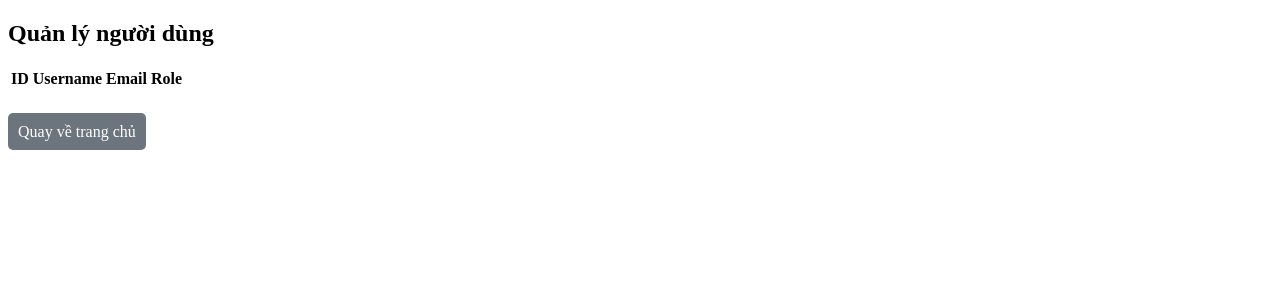
Repository: TuanAnhNguyen723/DanhGiaKIemDinh
Page: http://localhost/phpmailer/quanly.php
These files come from the project's save history. The page is drawn as it stood at one moment and after the next save; the edit follows.
The browser window is 1280 px wide. The pictures show the whole page.
The page is run by PHP 8.4 with error messages shown; the project is at /var/www/html/. Queries for data that is not in the repository find no rows.

Above is the page before, as saved 2024-05-24 10:40:24.

After the next save:
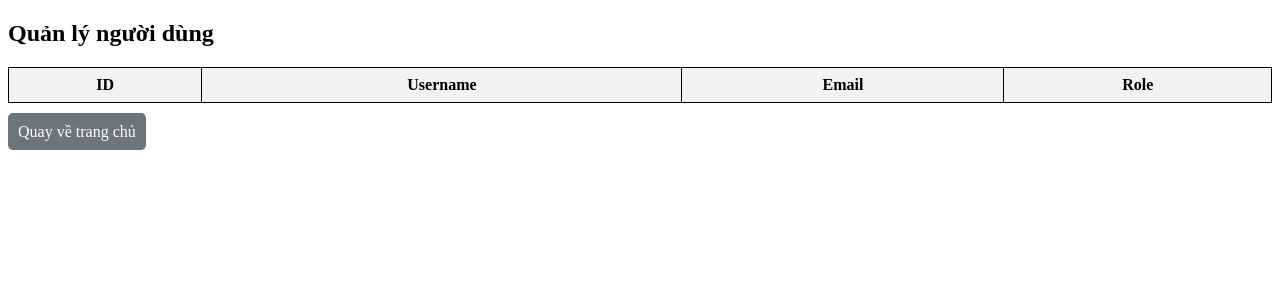
Saved 17 s later.
--- a/quanly.php
+++ b/quanly.php
@@ -38,41 +38,34 @@ mysqli_close($link);
 <meta name="viewport" content="width=device-width, initial-scale=1.0">
 <title>User Table</title>
 <style>
-/* Thêm CSS cho bảng và phân trang */
-.table {
-  width: 100%;
-  border-collapse: collapse;
-}
-.table caption {
-  font-size: 1.5em;
-  margin: 0.5em 0 0.75em;
-}
-.table th,
-.table td {
-  padding: 0.625em;
-  text-align: center;
-}
-.table th {
-  background-color: #f2f2f2;
-}
-.pagination {
-  display: flex;
-  justify-content: center;
-  margin: 1em 0;
-}
-.pagination a {
-  margin: 0 0.5em;
-  padding: 0.5em 1em;
-  text-decoration: none;
-  color: #007bff;
-  border: 1px solid #dee2e6;
-  border-radius: 0.25em;
-}
-.pagination a.active {
-  background-color: #007bff;
-  color: white;
-  border-color: #007bff;
-}
+    table {
+        width: 100%;
+        border-collapse: collapse;
+    }
+    table, th, td {
+        border: 1px solid black;
+        padding: 8px;
+    }
+    th {
+        background-color: #f2f2f2;
+    }
+    .pagination {
+        display: flex;
+        justify-content: center;
+        margin-top: 20px;
+    }
+    .pagination a {
+        display: inline-block;
+        padding: 5px 10px;
+        margin: 0 5px;
+        border: 1px solid #ccc;
+        text-decoration: none;
+        color: #333;
+    }
+    .pagination a.active {
+        background-color: #333;
+        color: white;
+    }
 
     .btn-block {
         padding: 10px;
